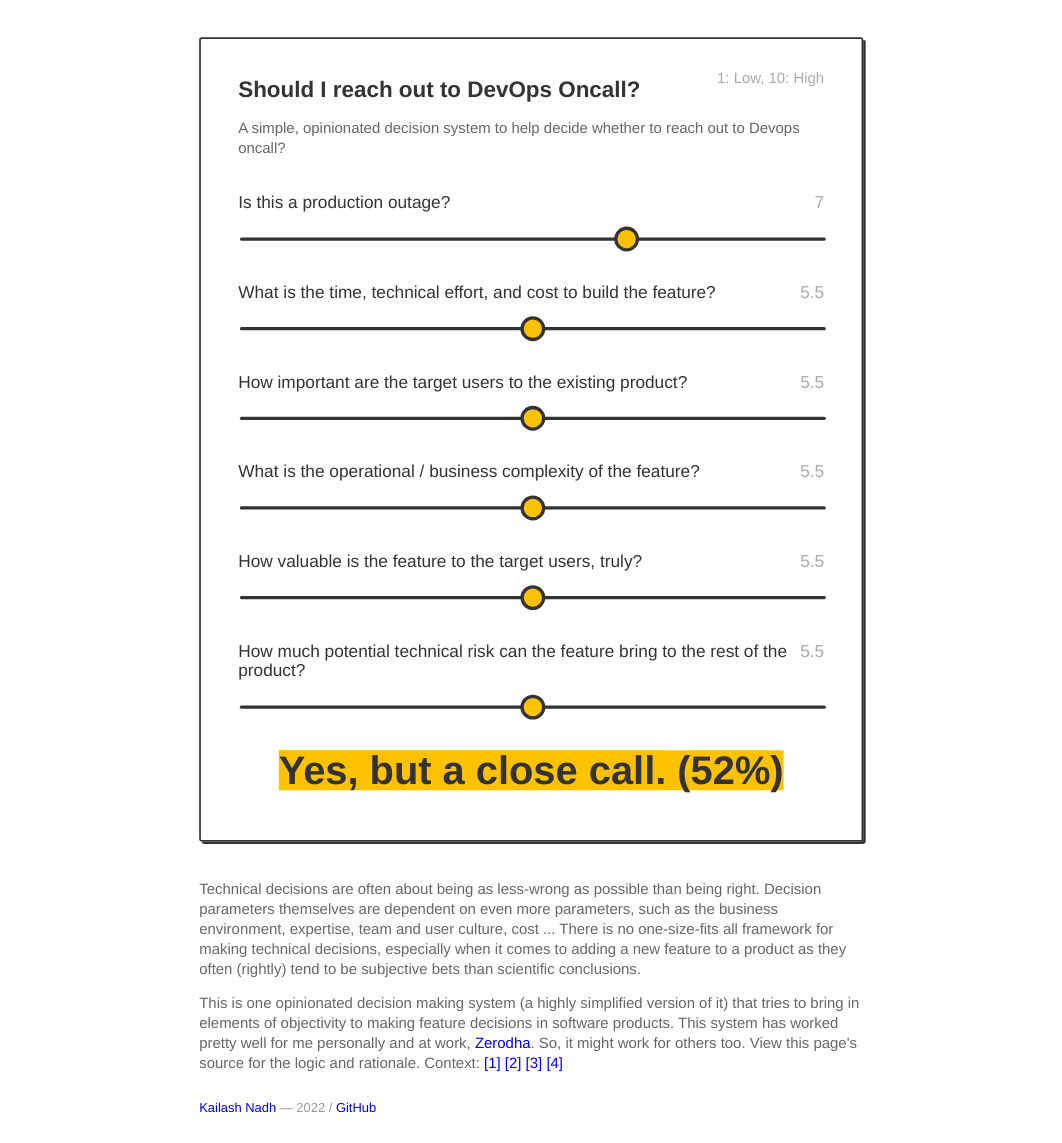
Repository: harishbsrinivas/dont.call
Page: index.html
These files come from the project's save history. The page is drawn as it stood at one moment and after the next save; the edit follows.
The browser window is 1280 px wide. The pictures show the whole page, at 83% of full size.

Above is the page before, as saved 2022-12-03 17:01:08.

After the next save:
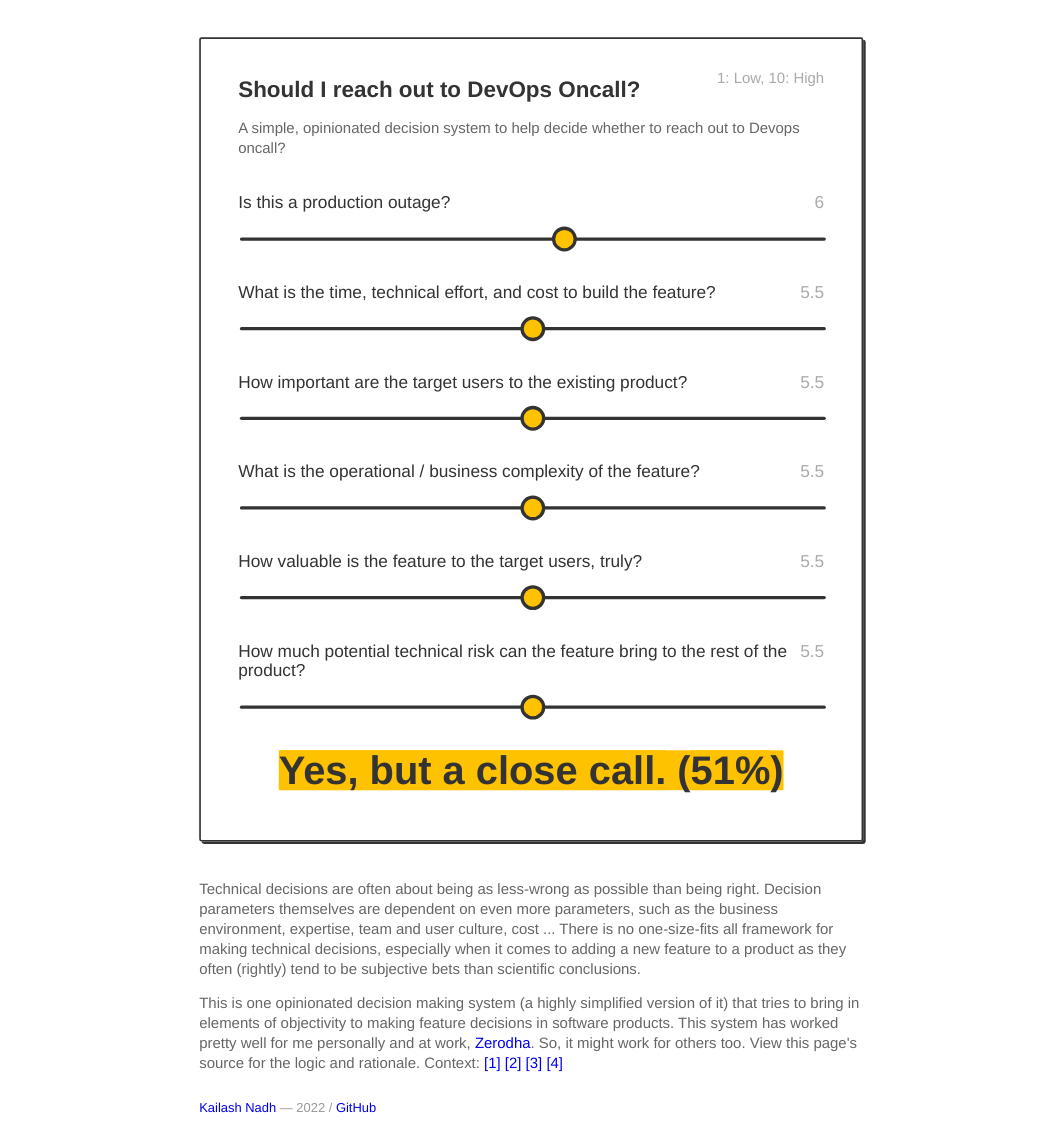
Saved 8 s later.
--- a/index.html
+++ b/index.html
@@ -24,7 +24,7 @@
                 <fieldset class="p-users">
                     <span class="value"></span>
                     <label>Is this a production outage?</label>
-                    <input type="range" min="1" max="10" step="3" value="5.5" />
+                    <input type="range" min="1" max="10" step="5" value="5.5" />
                 </fieldset>
                 <fieldset class="p-effort">
                     <span class="value"></span>
